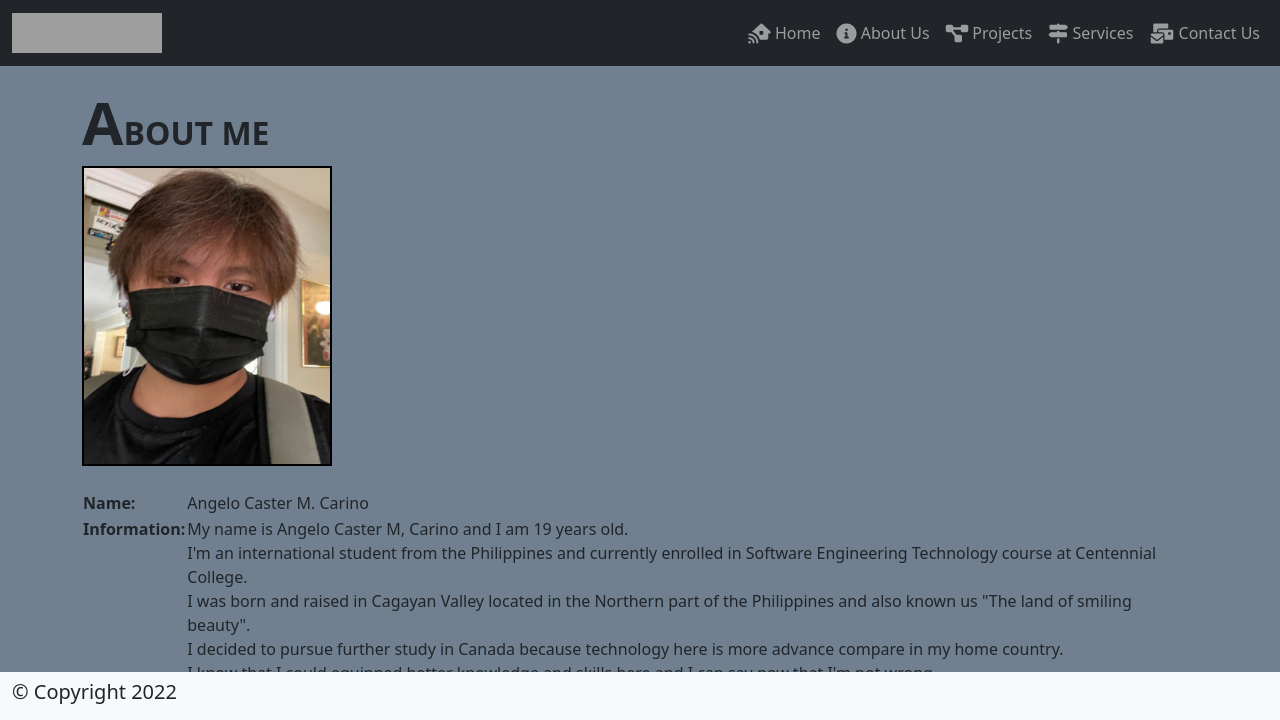
Repository: acarino4/Express-Portfolio-Site
Page: http://localhost/about
These files come from the project's save history. The page is drawn as it stood at one moment and after the next save; the edit follows.
The browser window is 1280 px wide. The pictures show the whole page.
Pictures or frames that could not be fetched are drawn as grey boxes. The page is served by the project's Node server (server.js).

Above is the page before, as saved 2022-10-08 18:37:22.

After the next save:
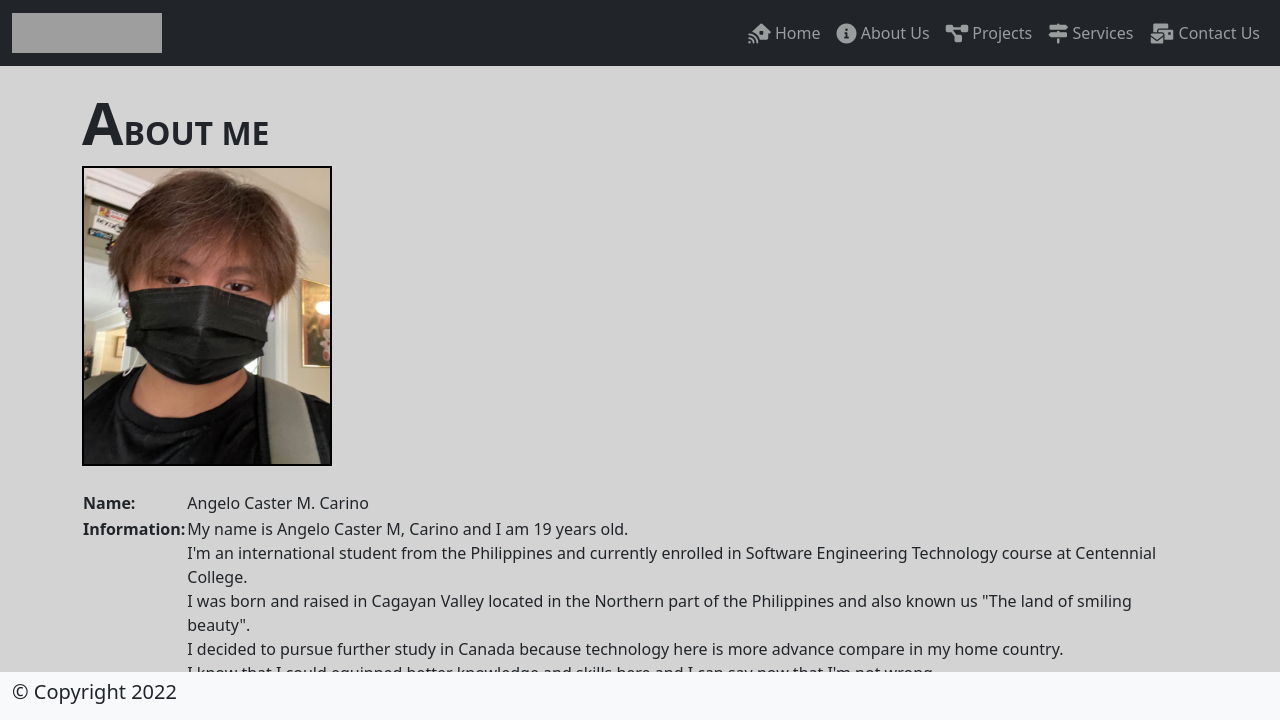
Saved 56 s later.
--- a/Server/Views/content/about.ejs
+++ b/Server/Views/content/about.ejs
@@ -7,7 +7,7 @@
 <head>
     <style>
         body {
-            background-color:slategrey;
+            background-color:lightgray;
         }
 
    </style>
